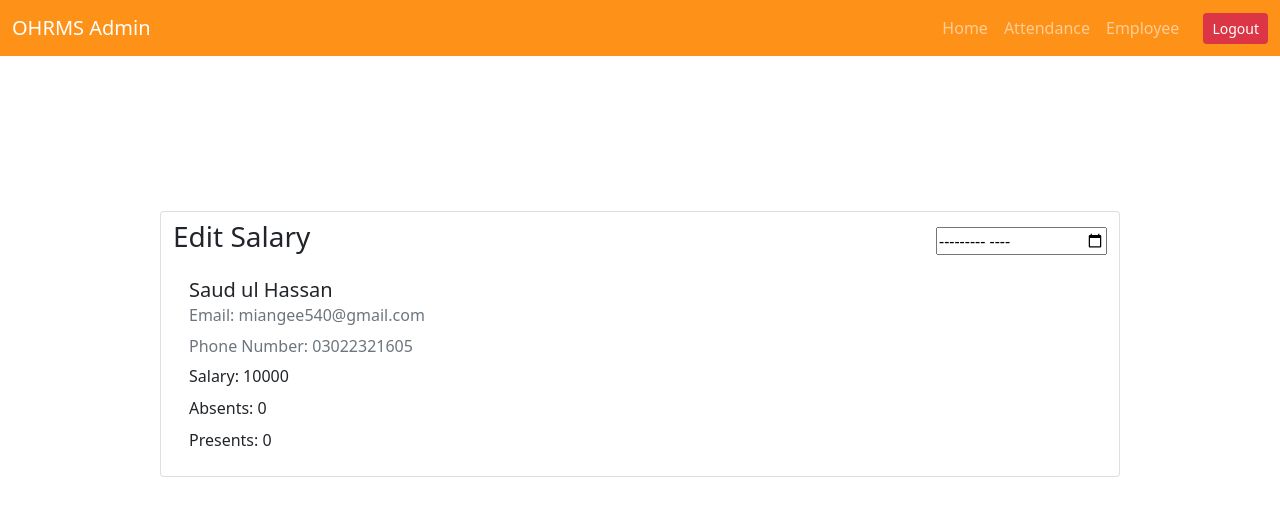
Repository: SaudCh/PHP-OHRMS
Page: http://localhost/admin/edit-salary?id=49
The author's editor kept a copy of each file at every save. The page is drawn from the files as they stood at one save, then again after the next save.
The browser window is 1280 px wide. The pictures show the whole page.
Some web libraries are served in a nearby version. The page is run by PHP 8.4 with error messages shown; the project is at /var/www/html/. The session is filled in as if someone had signed in: {"admin": "admin@ohrm.com"}. Other server files are loaded and not shown. The database holds what the project's SQL file puts in it. Queries for data that is not in the repository find no rows.

Above is the page before, as saved 2022-06-05 22:48:16.

### admin/edit-salary.php
<!DOCTYPE html>
<html lang="en">

<head>
    <meta charset="UTF-8">
    <meta http-equiv="X-UA-Compatible" content="IE=edge">
    <meta name="viewport" content="width=device-width, initial-scale=1.0">
    <?php require "../assets/includes/link.includes.php" ?>

    <title>OHRMS</title>
</head>

<body>
    <?php require "./assets/Components/header.php" ?>
    <div class="container-fluid">
        <div class="row align-items-center justify-content-center" style="min-height: 80vh;">

            <div class="card col-11 col-md-9">
                <div class="d-flex align-items-center justify-content-between mt-2">
                    <h3>Edit Salary</h3>
                    <div>
                        <input type="month" id="date" name="date">

                    </div>
                </div>
                <?php
                $id = $_GET['id'];
                $sql = "select * from employee where empId = '$id'";
                $results = mysqli_query($con, $sql);
                $rescheck = mysqli_num_rows($results);
                if ($rescheck > 0) {
                    while ($row = mysqli_fetch_assoc($results)) {
                ?>
                        <div class="card-body">
                            <h5 class="card-title"><?= $row["name"] ?></h5>
                            <h6 class="card-subtitle mb-3 text-muted">Email: <?= $row['emailAddress'] ?></h6>
                            <h6 class="card-subtitle mb-2 text-muted">Phone Number: <?= $row['phoneNumber'] ?></h6>
                            <p class="card-text p-0 m-0 mb-2">Salary: <?= $row['salary'] ?></p>


                    <?php }
                } ?>

                    <?php
                    $absent = 0;
                    $present = 0;

                    $id = $_GET['id'];
                    $sql = "select * from attendance where empId = '$id' and date > '2022-05-1'";
                    $results = mysqli_query($con, $sql);
                    $rescheck = mysqli_num_rows($results);
                    if ($rescheck > 0) {
                        while ($row = mysqli_fetch_assoc($results)) {
                            if ($row['status'] == 'Present') {
                                $present++;
                            } else {
                                $absent++;
                            }
                        }
                    }
                    ?>

                    <p class="card-text p-0 m-0 mb-2">Absents: <?= $absent ?></p>
                    <p class="card-text p-0 m-0 mb-2">Presents: <?= $present ?></p>
                        </div>

            </div>
        </div>
    </div>
</body>

</html>

### assets/includes/link.includes.php
<link href="https://cdn.jsdelivr.net/npm/bootstrap@5.0.2/dist/css/bootstrap.min.css" rel="stylesheet" integrity="sha384-EVSTQN3/azprG1Anm3QDgpJLIm9Nao0Yz1ztcQTwFspd3yD65VohhpuuCOmLASjC" crossorigin="anonymous">
<script src="https://cdn.jsdelivr.net/npm/bootstrap@5.0.2/dist/js/bootstrap.bundle.min.js" integrity="sha384-MrcW6ZMFYlzcLA8Nl+NtUVF0sA7MsXsP1UyJoMp4YLEuNSfAP+JcXn/tWtIaxVXM" crossorigin="anonymous"></script>
<script src="https://cdn.jsdelivr.net/npm/@popperjs/core@2.9.2/dist/umd/popper.min.js" integrity="sha384-IQsoLXl5PILFhosVNubq5LC7Qb9DXgDA9i+tQ8Zj3iwWAwPtgFTxbJ8NT4GN1R8p" crossorigin="anonymous"></script>
<script src="https://cdn.jsdelivr.net/npm/bootstrap@5.0.2/dist/js/bootstrap.min.js" integrity="sha384-cVKIPhGWiC2Al4u+LWgxfKTRIcfu0JTxR+EQDz/bgldoEyl4H0zUF0QKbrJ0EcQF" crossorigin="anonymous"></script>

<script src="https://kit.fontawesome.com/5d60ba127b.js" crossorigin="anonymous"></script>

<link rel="stylesheet" href="./assets/css/style.css" type="text/css">
<link rel="stylesheet" href="./assets/css/footer.css" type="text/css">
<style>
    .link {
        text-decoration: none;
    }
</style>

### admin/assets/Components/header.php
<?php
session_start();
$email = '';

include '../assets/config/dbconfig.php';

if (isset($_SESSION['admin'])) {
    $email = $_SESSION['admin'];
} else {
    header("location: login");
}
?>
<nav class="navbar navbar-expand-lg navbar-dark" style="background-color: #fe9117;">
    <div class="container-fluid">
        <a class="navbar-brand" href="index">OHRMS Admin</a>
        <button class="navbar-toggler" type="button" data-bs-toggle="collapse" data-bs-target="#navbarSupportedContent" aria-controls="navbarSupportedContent" aria-expanded="false" aria-label="Toggle navigation">
            <span class="navbar-toggler-icon"></span>
        </button>
        <div class="collapse navbar-collapse" id="navbarSupportedContent">
            <ul class="navbar-nav ms-auto me-3 mb-2 mb-lg-0">
                <li class="nav-item">
                    <a class="nav-link" aria-current="page" href="index">Home</a>
                </li>
                <li class="nav-item">
                    <a class="nav-link" href="attendance">Attendance</a>
                </li>
                <li class="nav-item">
                    <a class="nav-link" href="employee">Employee</a>
                </li>
            </ul>
            <?php

            if (isset($_SESSION['admin'])) {
                echo '<a href="./assets/includes/admin-logout.includes.php" class="btn btn-sm btn-danger">Logout</a>';
            } else {
                echo '<a href="login" class="btn btn-sm btn-success">Login/Register</a>';
            }
            ?>

        </div>
    </div>
</nav>

### assets/config/dbconfig.php
<?php
// Database configuration
$dbHost     = "localhost";
$dbUsername = "root";
$dbPassword = "";
$dbName     = "ohrms";

// $dbHost     = "sql102.epizy.com";
// $dbUsername = "epiz_31455211";
// $dbPassword = "Kr3NNcrNvT9Mx4";
// $dbName     = "epiz_31455211_ohrms";

// Create database connection
$db = new mysqli($dbHost, $dbUsername, $dbPassword, $dbName);
$con=mysqli_connect($dbHost, $dbUsername, $dbPassword,$dbName);

// Check connection
if ($db->connect_error) {
    die("Connection failed: " . $db->connect_error);
}

### assets/css/footer.css
.back-to-top {
  cursor: pointer;
  position: fixed;
  bottom: 30px;
  right: 20px;
  display: none;
  z-index: 10;
}

.footer {
  background-color: #fe9126;
  display: flex;
  color: white;
  z-index: 2;
}

.footer a {
  color: white;
  text-decoration: none;
  font-weight: 500;
}

.footer-links ul {
  text-align: left;
}

.footer-links li {
  list-style: none;
}

.copyright {
  color: white;
  background-color: #fe9126;
}

### sql/ohrms.sql (the tables this page reads)
CREATE TABLE `employee` (
  `empId` int(11) NOT NULL,
  `name` char(50) NOT NULL,
  `phoneNumber` varchar(15) NOT NULL,
  `department` char(10) NOT NULL,
  `emailAddress` varchar(50) NOT NULL,
  `password` varchar(255) NOT NULL,
  `address` varchar(100) NOT NULL,
  `gender` char(10) NOT NULL,
  `salary` int(10) NOT NULL DEFAULT 10000,
  `token` varchar(255) NOT NULL,
  `empStatus` int(1) NOT NULL DEFAULT 0,
  `created` datetime NOT NULL DEFAULT current_timestamp(),
  `tempMail` varchar(20) NOT NULL
) ENGINE=InnoDB DEFAULT CHARSET=utf8mb4;

INSERT INTO `employee` (`empId`, `name`, `phoneNumber`, `department`, `emailAddress`, `password`, `address`, `gender`, `salary`, `token`, `empStatus`, `created`, `tempMail`) VALUES
(49, 'Saud ul Hassan', '03022321605', 'IT', 'miangee540@gmail.com', '$2y$10$tnkPhTnqi.jBUQkl8uiTEePtk4Auc3IYuPundD76d2H41YGcwugUW', '123 B Comsats\r\n123', 'male', 10000, '1bb7c8eb79b1d6be961371dabf6745', 1, '2022-06-13 18:56:53', 'miangee540@gmail.com'),
(51, 'Cedric Sampson', '+16473759896', 'Finance', 'saudchaudhary0@gmail', '$2y$10$8lcl4ARF2QZ6ryeaVm7qlOr02QNJMQFGSRC1rsK8to0F42cu8QcHu', 'Mollitia et et deser', 'female', 21000, '6e4e9ff9110491b8cb7f122b012c2c', 0, '2022-06-13 19:32:44', 'saudchaudhary0@gmail');

ALTER TABLE `employee`
  ADD PRIMARY KEY (`empId`);

ALTER TABLE `employee`
  MODIFY `empId` int(11) NOT NULL AUTO_INCREMENT, AUTO_INCREMENT=52;

Loaded but not shown: assets/css/style.css (common file)

After the next save:
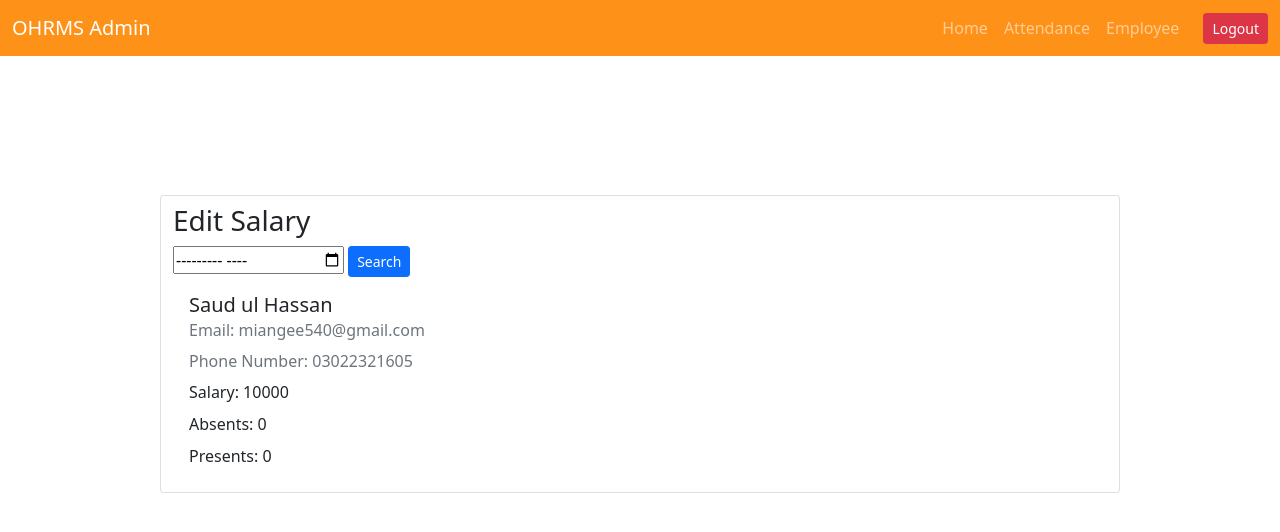
Saved 88 s later.
--- a/admin/edit-salary.php
+++ b/admin/edit-salary.php
@@ -17,11 +17,13 @@
 
             <div class="card col-11 col-md-9">
                 <div class="d-flex align-items-center justify-content-between mt-2">
-                    <h3>Edit Salary</h3>
-                    <div>
-                        <input type="month" id="date" name="date">
-
-                    </div>
+                    <form action="">
+                        <h3>Edit Salary</h3>
+                        <div>
+                            <input type="month" id="date" name="date">
+                            <button class="btn btn-sm btn-primary" id="search">Search</button>
+                        </div>
+                    </form>
                 </div>
                 <?php
                 $id = $_GET['id'];
